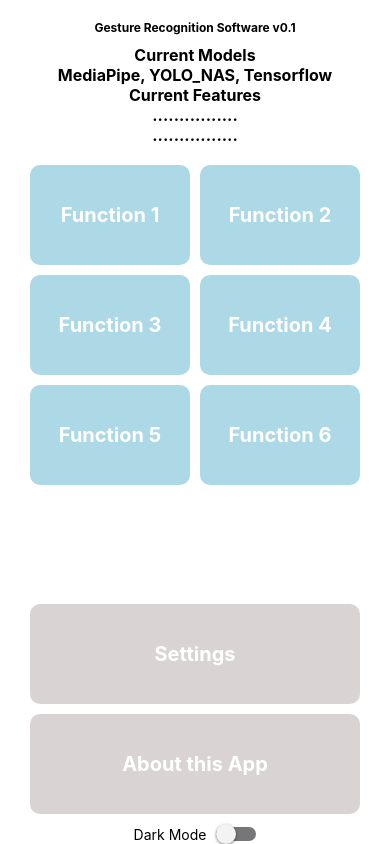
Repository: hajin-park/V-QUIP
Page: / (app in frontend/react-native-app/)
An editor plug-in stored every save of this project. The page is shown before and after the next save, followed by the edit.
The browser window is 390 px wide. The pictures show the whole page.
The app was drawn by React Native's web renderer in a window 390 px wide. The project was rebuilt for these pictures with package versions that can differ from the ones it lists, and the page was loaded fresh each time.

Above is the page before, as saved 2024-04-08 00:08:32.

After the next save:
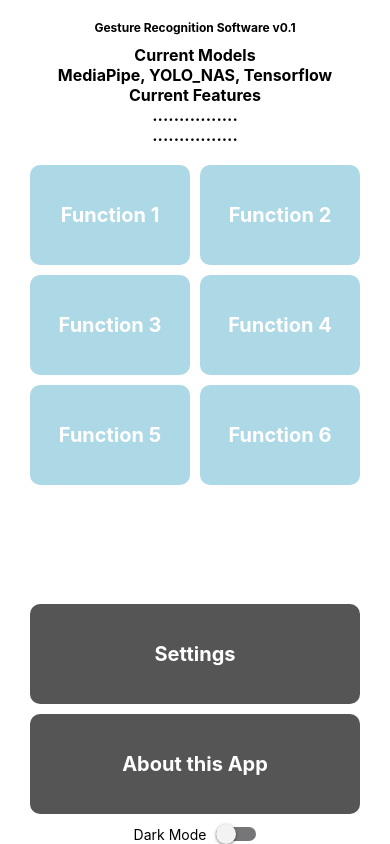
Saved 33 s later.
--- a/frontend/react-native-app/App.js
+++ b/frontend/react-native-app/App.js
@@ -121,7 +121,7 @@ const styles = StyleSheet.create({
   box2: {
     width: 330,
     height: 100,
-    backgroundColor: '#DAD3D3', // Light blue color
+    backgroundColor: '#555', // Light blue color
     borderRadius: 10, // Rounded edges
     alignItems: 'center',
     justifyContent: 'center',
